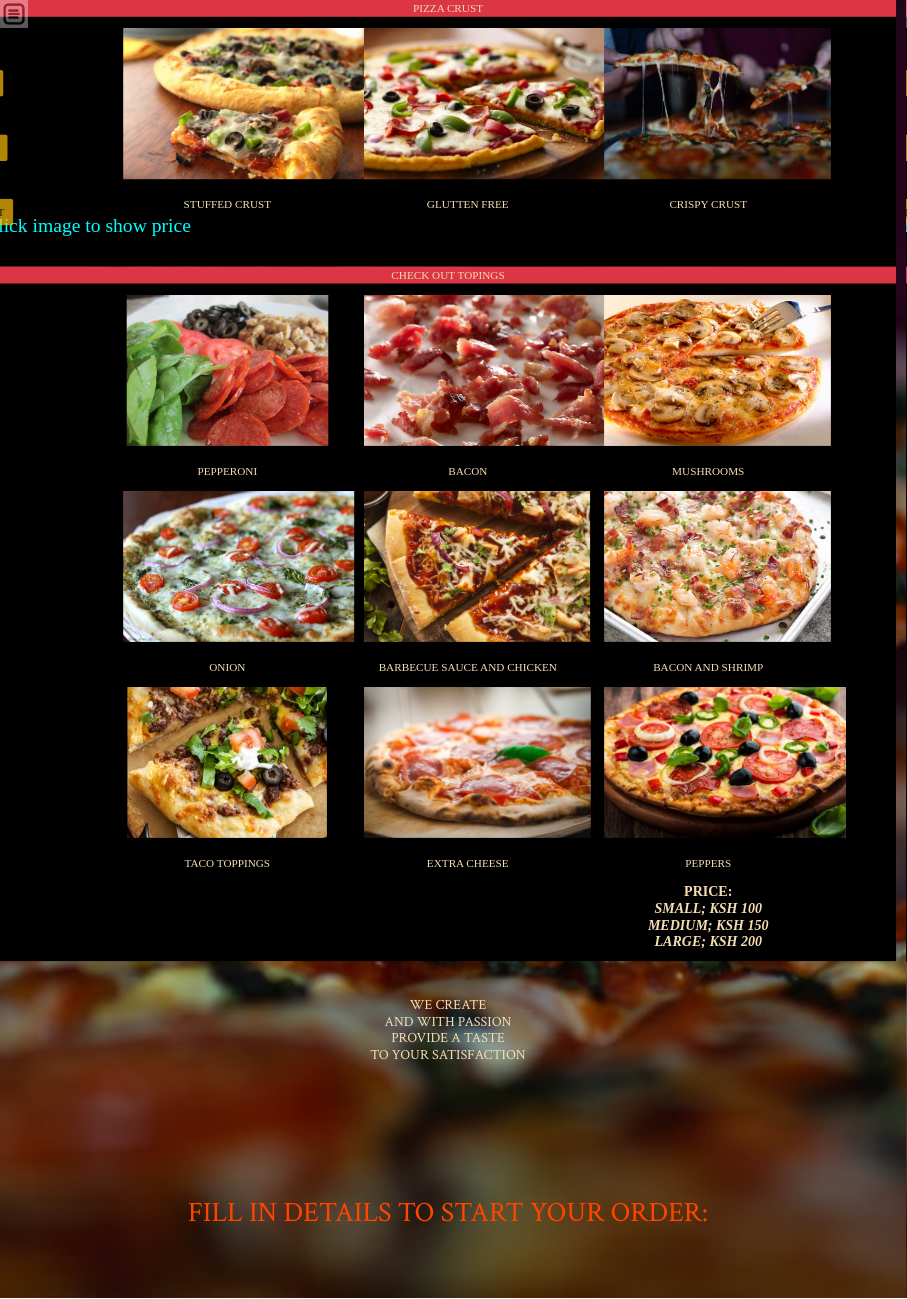
Repository: alexmwaura/MOREO--PIZZA-IP4
Page: mine.html
An editor plug-in stored every save of this project. The page is shown before and after a run of saves, followed by the edit.
The browser window is 1280 px wide. The page is 1295 px wide, so the pictures cover 1295 px, including what lies to the right of the window. The pictures show the whole page, at 70% of full size.
Some web fonts or font styles are not loaded; a fallback is used.

Above is the page before, as saved 2019-09-01 14:46:36.

### mine.html
<!DOCTYPE html>
<html lang="en">

<head>
    <meta charset="UTF-8">
    <meta name="viewport" content="width=device-width, initial-scale=1.0">
    <meta http-equiv="X-UA-Compatible" content="ie=edge">

    <title> MOREO RESTAURANT</title>

    <link href="https://fonts.googleapis.com/css?family=Kaushan+Script&display=swap" rel="stylesheet">
    <link href="https://fonts.googleapis.com/css?family=Pacifico|Rancho&display=swap" rel="stylesheet">
    <link href="https://fonts.googleapis.com/css?family=Crimson+Text&display=swap" rel="stylesheet">

    <link rel="stylesheet" href="./CSS/bootstrap.css">
    <link rel="stylesheet" href="./CSS/styles.css">
    <script src="./SCRIPTS/jquery-3.4.1.js"></script>
    <script src="./SCRIPTS/scripts.js"></script>
</head>

<body>
    <nav>
        <a href="#" class="nav-toggle-btn bg-success"></a>
        <ul>
            <li><a href="./index.html" class="btn bg-warning" style="margin-left: -14%">HOME</a></li><br><br>
            <li><a href="#pizza" class="btn bg-warning" style="margin-left: -15%">ORDER</a></li><br><br>
            <li><a href="#nav" class="btn bg-warning" style="margin-left: -35%">CONTACT</a></li>
        </ul>
    </nav>

    <div class="content">


        <div class="address">
            <div class="">

                <div class="bg-danger" id="pizza-crust">
                    <p>PIZZA CRUST</p>

                </div>

                <div class="row">

                    &nbsp;&nbsp;&nbsp;&nbsp;&nbsp;&nbsp;&nbsp;&nbsp;&nbsp;&nbsp;&nbsp;&nbsp;&nbsp;&nbsp;&nbsp;&nbsp;&nbsp;&nbsp;&nbsp;&nbsp;&nbsp;&nbsp;&nbsp;&nbsp;&nbsp;&nbsp;&nbsp;&nbsp;&nbsp;&nbsp;&nbsp;&nbsp;&nbsp;&nbsp;&nbsp;&nbsp;&nbsp;&nbsp;&nbsp;&nbsp;&nbsp;&nbsp;&nbsp;&nbsp;

                    <div class="col-lg-3 col-md-3 col-sm-3">
                        <div id="work1">
                            <img src="./IMAGES/staffedcrust.jpg" alt="" class="img-fluid-1"><br><br>

                            <div class="overlay">
                                <div class="line">
                                    <p class="trial1">STUFFED CRUST</p>
                                    <p class="p1">
                                        <h5 class="p1"><strong> PRICE: <br>
                                            <em>SMALL; KSH 100</em><br>
                                            <em>MEDIUM; KSH 150</em><br>
                                            <em>LARGE; KSH 200</em>
                                        </strong></h5>
                                    </p>

                                </div>

                            </div>

                        </div>



                    </div>
                    &nbsp;&nbsp;&nbsp;&nbsp;

                    <div class="col-lg-3 col-md-3 col-sm-3">
                        <div id="work2">
                            <img src="./IMAGES/gluttenfree.jpg" alt="" class="img-fluid-2"><br><br>

                            <div class="overlay">
                                <div class="line">
                                    <p class="trial2">GLUTTEN FREE </p>
                                    <p class="p1">
                                        <h5 class="p1"><strong> PRICE: <br>
                                            <em>SMALL; KSH 100</em><br>
                                            <em>MEDIUM; KSH 150</em><br>
                                            <em>LARGE; KSH 200</em>
                                        </strong></h5>
                                    </p>



                                </div>

                            </div>

                        </div>

                    </div>

                    &nbsp;&nbsp;&nbsp;&nbsp;


                    <div class="col-lg-3 col-md-3 col-sm-3">
                        <div id="work3">
                            <img src="./IMAGES/1.jpeg" alt="" class="img-fluid-3 "><br><br>

                            <div class="overlay">
                                <div class="line">
                                    <p class="trial3">CRISPY CRUST</p>
                                    <p class="p1">
                                        <h5 class="p1"><strong> PRICE: <br>
                                            <em>SMALL; KSH 100</em><br>
                                            <em>MEDIUM; KSH 150</em><br>
                                            <em>LARGE; KSH 200</em>
                                        </strong></h5>
                                    </p>


                                </div>

                            </div>

                        </div>

                    </div>

                    <div class="form-group">
                        <h3 style="color: aqua" style="font-size: 10vh" class="price"> click image to show price</h3>
                    </div>


                </div>

            </div>

        </div>



        <div class="dance">

            <div class="">

                <div class="bg-danger" id="pizza-toppings">
                    <p>CHECK OUT TOPINGS</p>

                </div>

                <div class="row">

                    &nbsp;&nbsp;&nbsp;&nbsp;&nbsp;&nbsp;&nbsp;&nbsp;&nbsp;&nbsp;&nbsp;&nbsp;&nbsp;&nbsp;&nbsp;&nbsp;&nbsp;&nbsp;&nbsp;&nbsp;&nbsp;&nbsp;&nbsp;&nbsp;&nbsp;&nbsp;&nbsp;&nbsp;&nbsp;&nbsp;&nbsp;&nbsp;&nbsp;&nbsp;&nbsp;&nbsp;&nbsp;&nbsp;&nbsp;&nbsp;&nbsp;&nbsp;&nbsp;&nbsp;

                    <div class="col-lg-3 col-md-3 col-sm-3">
                        <div id="work4">
                            <img src="./IMAGES/pepporoni.jpg" alt="" class="img-fluid-4"><br><br>

                            <div class="overlay">
                                <div class="line">
                                    <p class="trial4">PEPPERONI</p>
                                    <p class="p1">
                                        <h5 class="p1"><strong> PRICE: <br>
                                            <em>SMALL; KSH 100</em><br>
                                            <em>MEDIUM; KSH 150</em><br>
                                            <em>LARGE; KSH 200</em>
                                        </strong></h5>
                                    </p>


                                </div>

                            </div>

                        </div>

                    </div>




                    &nbsp;&nbsp;&nbsp;&nbsp;


                    <div class="col-lg-3 col-md-3 col-sm-3">
                        <div id="work5">
                            <img src="./IMAGES/bacon.jpg" alt="" class="img-fluid-5"><br><br>

                            <div class="overlay">
                                <div class="line">
                                    <p class="trial5">BACON </p>
                                    <p class="p1">
                                        <h5 class="p1"><strong> PRICE: <br>
                                            <em>SMALL; KSH 100</em><br>
                                            <em>MEDIUM; KSH 150</em><br>
                                            <em>LARGE; KSH 200</em>
                                        </strong></h5>
                                    </p>


                                </div>

                            </div>

                        </div>

                    </div>

                    &nbsp;&nbsp;&nbsp;&nbsp;


                    <div class="col-lg-3 col-md-3 col-sm-3">
                        <div id="work6">
                            <img src="./IMAGES/mushroom2.jpg" alt="" class="img-fluid-6"><br><br>

                            <div class="overlay">
                                <div class="line">
                                    <p class="trial6">MUSHROOMS</p>
                                    <p class="p1">
                                        <h5 class="p1"><strong> PRICE: <br>
                                            <em>SMALL; KSH 100</em><br>
                                            <em>MEDIUM; KSH 150</em><br>
                                            <em>LARGE; KSH 200</em>
                                        </strong></h5>
                                    </p>


                                </div>

                            </div>

                        </div>

                    </div>



                </div>

                <div class="row">

                    &nbsp;&nbsp;&nbsp;&nbsp;&nbsp;&nbsp;&nbsp;&nbsp;&nbsp;&nbsp;&nbsp;&nbsp;&nbsp;&nbsp;&nbsp;&nbsp;&nbsp;&nbsp;&nbsp;&nbsp;&nbsp;&nbsp;&nbsp;&nbsp;&nbsp;&nbsp;&nbsp;&nbsp;&nbsp;&nbsp;&nbsp;&nbsp;&nbsp;&nbsp;&nbsp;&nbsp;&nbsp;&nbsp;&nbsp;&nbsp;&nbsp;&nbsp;&nbsp;&nbsp;

                    <div class="col-lg-3 col-md-3 col-sm-3">
                        <div id="work7">
                            <img src="./IMAGES/onions.jpg" alt="" class="img-fluid-7"><br><br>

                            <div class="overlay">
                                <div class="line">
                                    <p class="trial4">ONION</p>
                                    <p class="p1">
                                        <h5 class="p1"><strong> PRICE: <br>
                                            <em>SMALL; KSH 100</em><br>
                                            <em>MEDIUM; KSH 150</em><br>
                                            <em>LARGE; KSH 200</em>
                                        </strong></h5>
                                    </p>


                                </div>

                            </div>

                        </div>

                    </div>




                    &nbsp;&nbsp;&nbsp;&nbsp;


                    <div class="col-lg-3 col-md-3 col-sm-3">
                        <div id="work8">
                            <img src="./IMAGES/barbecue.jpg" alt="" class="img-fluid-8"><br><br>

                            <div class="overlay">
                                <div class="line">
                                    <p class="trial5">BARBECUE SAUCE AND CHICKEN </p>
                                    <p class="p1">
                                        <h5 class="p1"><strong> PRICE: <br>
                                            <em>SMALL; KSH 100</em><br>
                                            <em>MEDIUM; KSH 150</em><br>
                                            <em>LARGE; KSH 200</em>
                                        </strong></h5>
                                    </p>


                                </div>

                            </div>

                        </div>

                    </div>

                    &nbsp;&nbsp;&nbsp;&nbsp;


                    <div class="col-lg-3 col-md-3 col-sm-3">
                        <div id="work9">
                            <img src="./IMAGES/shrimp.jpg" alt="" class="img-fluid-9"><br><br>

                            <div class="overlay">
                                <div class="line">
                                    <p class="trial6">BACON AND SHRIMP</p>
                                    <p class="p1">
                                        <h5 class="p1"><strong> PRICE: <br>
                                            <em>SMALL; KSH 100</em><br>
                                            <em>MEDIUM; KSH 150</em><br>
                                            <em>LARGE; KSH 200</em>
                                        </strong></h5>
                                    </p>


                                </div>

                            </div>

                        </div>

                    </div>



                </div>


                <div class="row">

                    &nbsp;&nbsp;&nbsp;&nbsp;&nbsp;&nbsp;&nbsp;&nbsp;&nbsp;&nbsp;&nbsp;&nbsp;&nbsp;&nbsp;&nbsp;&nbsp;&nbsp;&nbsp;&nbsp;&nbsp;&nbsp;&nbsp;&nbsp;&nbsp;&nbsp;&nbsp;&nbsp;&nbsp;&nbsp;&nbsp;&nbsp;&nbsp;&nbsp;&nbsp;&nbsp;&nbsp;&nbsp;&nbsp;&nbsp;&nbsp;&nbsp;&nbsp;&nbsp;&nbsp;

                    <div class="col-lg-3 col-md-3 col-sm-3">
                        <div id="work10">
                            <img src="./IMAGES/taco.jpg" alt="" class="img-fluid-10"><br><br>

                            <div class="overlay">
                                <div class="line">
                                    <p class="trial4">TACO TOPPINGS</p>
                                    <p class="p1">
                                        <h5 class="p1"><strong> PRICE: <br>
                                            <em>SMALL; KSH 100</em><br>
                                            <em>MEDIUM; KSH 150</em><br>
                                            <em>LARGE; KSH 200</em>
                                        </strong></h5>
                                    </p>


                                </div>

                            </div>

                        </div>

                    </div>




                    &nbsp;&nbsp;&nbsp;&nbsp;


                    <div class="col-lg-3 col-md-3 col-sm-3">
                        <div id="work11">
                            <img src="./IMAGES/cheese 2.jpg" alt="" class="img-fluid-11"><br><br>

                            <div class="overlay">
                                <div class="line">
                                    <p class="trial5">EXTRA CHEESE </p>
                                    <p class="p1">
                                        <h5 class="p1"><strong> PRICE: <br>
                                            <em>SMALL; KSH 100</em><br>
                                            <em>MEDIUM; KSH 150</em><br>
                                            <em>LARGE; KSH 200</em>
                                        </strong></h5>
                                    </p>


                                </div>

                            </div>

                        </div>

                    </div>

                    &nbsp;&nbsp;&nbsp;&nbsp;


                    <div class="col-lg-3 col-md-3 col-sm-3">
                        <div id="work12">
                            <img src="./IMAGES/pepper.jpg" alt="" class="img-fluid-12"><br><br>

                            <div class="overlay">
                                <div class="line">
                                    <p class="trial6">PEPPERS</p>
                                    <p class="p12">
                                        <h5 class="p12"><strong> PRICE: <br>
                                            <em>SMALL; KSH 100</em><br>
                                            <em>MEDIUM; KSH 150</em><br>
                                            <em>LARGE; KSH 200</em>
                                        </strong></h5>
                                    </p>


                                </div>

                            </div>

                        </div>

                    </div>



                </div>


            </div>





        </div>

        <div id="trial">


            <div id="pizza">
                <h2 class="pizza">WE CREATE <br>AND WITH PASSION <br> PROVIDE A TASTE <br> TO YOUR SATISFACTION</h2>
                <br><br>
                <h1>FILL IN DETAILS TO START YOUR ORDER:</h1>


            </div><br><br>



        </div>








    </div>
















</body>

### CSS/styles.css

body{
    background-image: url("../IMAGES/1.jpeg");
    background-repeat: no-repeat;
    background-size: cover;
    background-position: center;
    color: wheat;
    font-family: 'Pacifico', cursive;
    font-family: 'Rancho', cursive;
    margin: 0;
    padding: 0;

}
nav {
    position: fixed;
    z-index: 500;
    top: 0%;
    bottom: 0;
    width: 100px;
    background-image: url("../IMAGES/tukule.jpg");
    background-repeat: no-repeat;
    background-size: cover;
    background-position: center;
    transform: translate3d(-100px, 0, 0);
    transition: transform 0.4s ease;
    font-size: large;
    opacity: 0.7;
}
.active-nav nav{
    transform: translate3d(0, 0, 0)
}

nav ul {

    margin-top: 100px;
}
.nav-toggle-btn{

    position: absolute;
    left: 100px;
    width: 40px;
    height: 40px;
    background-image: url("../IMAGES/images.png");
    background-repeat: no-repeat;
    background-size: cover;
    background-position: center;
    top: 0;
    opacity: 0.5;
}
.content{
    padding: 0;
    margin: 0%;
    height: fit-content;
    text-align: center;
    text-align-last: fixed;
    transition: transform 0.4s ease;
}
.active-nav .content{
    transform: translate3d(200px, 0, 0);
}
.wcome{
    font-size: 100px;
}
.ret{
    font-size: 80px;
}
.home{

    position: absolute center;
    margin-top: -100px;
    padding: 0%;
}
h1{
    font-size: 40px;
    animation: bounce 3s infinite;
    color: orangered;
    margin-top: 10%;
    font-family: 'Crimson Text', serif;

}
@keyframes bounce {

    0%, 20%, 50%, 80%, 100%{
        transform: translateY(0);
    }
    40% {
        transform: translateY(-55px);
    }
    60% {
        transform: translateY(-45px);
    }

}
.to{
    font-size: 30px;
    animation: bounce 3s infinite;
    color: wheat;
    margin-top: -0.01%;
}
@keyframes bounce {

    0%, 20%, 50%, 80%, 100%{
        transform: translateY(0);
    }
    40% {
        transform: translateY(-55px);
    }
    60% {
        transform: translateY(-45px);
    }

}
.price{

    animation: bounce 3s infinite;
    margin-top: 0.5vh;
}
@keyframes bounce {

    0%, 20%, 50%, 80%, 100%{
        transform: translateY(0);
    }
    40% {
        transform: translateY(-55px);
    }
    60% {
        transform: translateY(-45px);
    }

}

.address{
    text-align: center;
    align-content: center;
    position: center;
    background: black;
    background-size: cover;
    background-position: center;

}
.dance{
    text-align: center;
    align-content: center;
    position: center;
    background: black;
    background-size: cover;
    background-position: center;

}
.img-fluid-1{
    height: 30vh;
    justify-content: space-around;

}
.img-fluid-2{
    height: 30vh;

}
.img-fluid-3{
    height: 30vh;

}
.img-fluid-4{
    height: 30vh;

}
.img-fluid-5{
    height: 30vh;

}
.img-fluid-6{
    height: 30vh;

}
.img-fluid-7{
    height: 30vh;

}
.img-fluid-8{
    height: 30vh;

}
.img-fluid-9{
    height: 30vh;

}
.img-fluid-10{
    height: 30vh;

}
.img-fluid-11{
    height: 30vh;

}
.img-fluid-12{
    height: 30vh;

}
.pizza{
    margin-top: 10px;
    font-family: 'Crimson Text', serif;
    font-size: 20PX;
}
#pizza{
    padding-top: 0%;
    margin: 0%;
    justify-content: flex-end;
}
#trial{
    padding-top: 40px;
    font-size: x-large;
}

/* #work1:hover img {
    transform: scale(0.5) ;
    transition: all 50s ease;
} */

/* #work2:hover img {
    transform: scale(1.2) ;
    transition: all 2s ease;
}
#work3:hover img {
    transform: scale(1.2) ;
    transition: all 2s ease;
}
#work4:hover img {
    transform: scale(1.2) ;
    transition: all 2s ease;
}

#work5:hover img {
    transform: scale(1.2) ;
    transition: all 2s ease;
}
#work6:hover img {
    transform: scale(1.2) ;
    transition: all 2s ease;
}
#work7:hover img {
    transform: scale(1.2) ;
    transition: all 2s ease;
}
#work8:hover img {
    transform: scale(1.2) ;
    transition: all 2s ease;
}
#work9:hover img {
    transform: scale(1.2) ;
    transition: all 2s ease;
}
#work10:hover img {
    transform: scale(1.2) ;
    transition: all 2s ease;
}
#work11:hover img {
    transform: scale(1.2) ;
    transition: all 2s ease;
}
#work12:hover img {
    transform: scale(1.2) ;
    transition: all 2s ease;
} */
.p1{
    display: none;
}

### SCRIPTS/scripts.js
$(function () {
    var bodyEl = $('body'),
        navToggleBtn = bodyEl.find('.nav-toggle-btn');

    navToggleBtn.on('click', function () {
        bodyEl.toggleClass('active-nav');

        event.preventDefault();
    });
});
$(document).ready(function () {
    $("#work1").click(function () {
        $(".img-fluid-1").toggle(1000);
        $(".p1").toggle(1000);


    });
    $("#work2").click(function () {
        $(".img-fluid-2").toggle(1000);
        $(".p2").toggle(1000);


    });
    $("#work3").click(function () {
        $(".img-fluid-3").toggle(1000);
        $(".p3").toggle(1000);


    });
    $("#work4").click(function () {
        $(".img-fluid-4").toggle(1000);
        $(".p4").toggle(1000);


    });
    $("#work5").click(function () {
        $(".img-fluid-5").toggle(1000);
        $(".p5").toggle(1000);


    });
    $("#work6").click(function () {
        $(".img-fluid-6").toggle(1000);
        $(".p6").toggle(1000);


    });
    $("#work7").click(function () {
        $(".img-fluid-7").toggle(1000);
        $(".p7").toggle(1000);


    });
    $("#work8").click(function () {
        $(".img-fluid-8").toggle(1000);
        $(".p8").toggle(1000);


    });
    $("#work9").click(function () {
        $(".img-fluid-9").toggle(1000);
        $(".p9").toggle(1000);


    });
    $("#work10").click(function () {
        $(".img-fluid-10").toggle(1000);
        $(".p10").toggle(1000);


    });
    $("#work11").click(function () {
        $(".img-fluid-11").toggle(1000);
        $(".p11").toggle(1000);


    });
    $("#work12").click(function () {
        $(".img-fluid-12").toggle(1000);
        $(".p12").toggle(1000);


    });





});

Loaded but not shown: CSS/bootstrap.css (library); SCRIPTS/jquery-3.4.1.js (library)

After the next 5 saves:
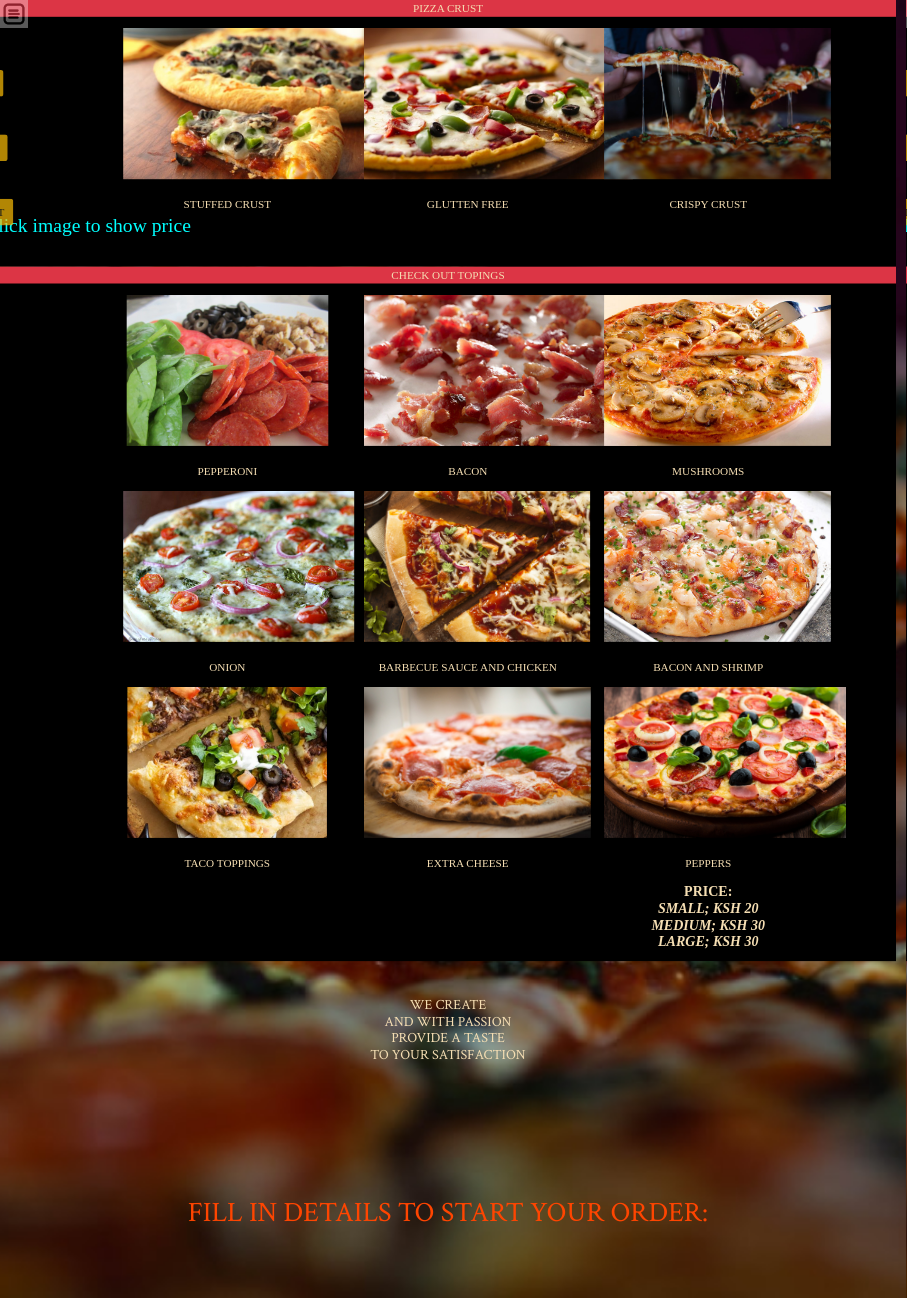
The 5 saves are shown as one change because they came seconds apart.
The last was saved 39 s later.
--- a/mine.html
+++ b/mine.html
@@ -392,9 +392,9 @@
                                     <p class="trial6">PEPPERS</p>
                                     <p class="p12">
                                         <h5 class="p12"><strong> PRICE: <br>
-                                            <em>SMALL; KSH 100</em><br>
-                                            <em>MEDIUM; KSH 150</em><br>
-                                            <em>LARGE; KSH 200</em>
+                                            <em>SMALL; KSH 20</em><br>
+                                            <em>MEDIUM; KSH 30</em><br>
+                                            <em>LARGE; KSH 30</em>
                                         </strong></h5>
                                     </p>
 
